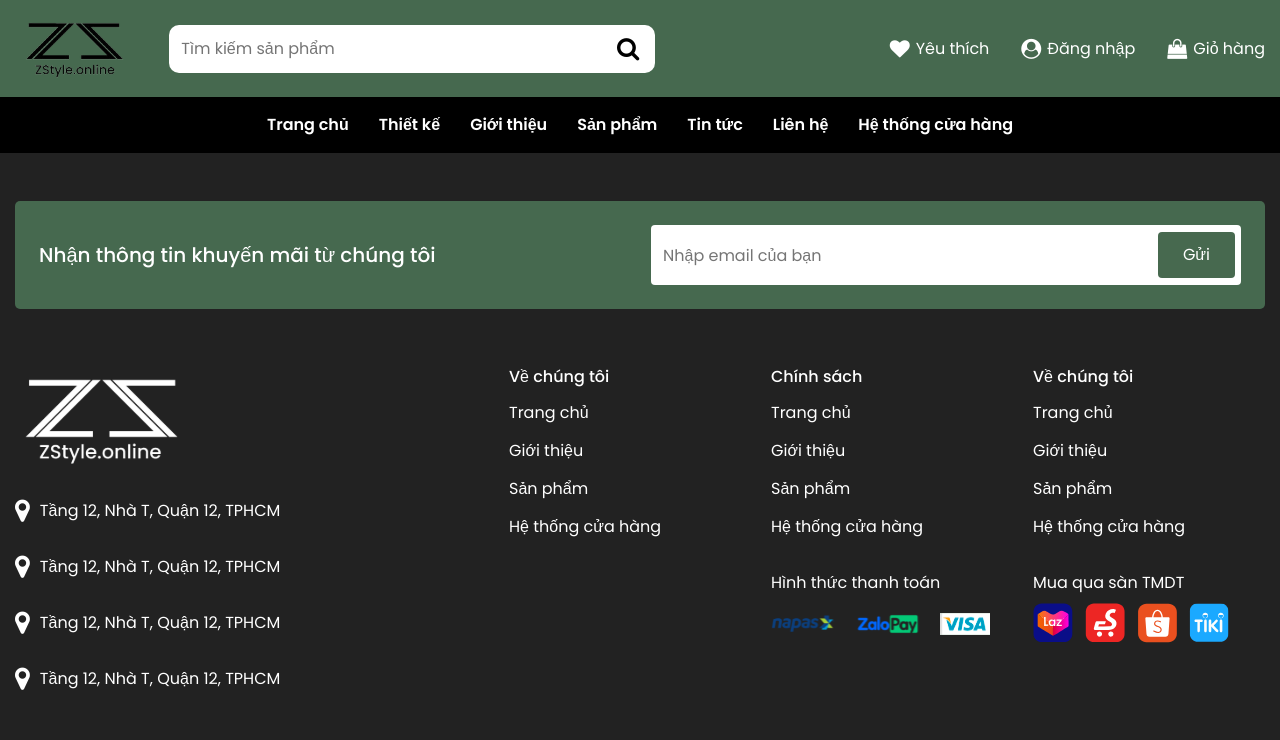
Repository: Toan3333/duanmau
Page: assets/pages/tintuc.html
An editor plug-in stored every save of this project. The page is shown before and after the next save, followed by the edit.
The browser window is 1280 px wide. The pictures show the whole page.
Some web libraries are served in a nearby version.

Above is the page before, as saved 2023-11-07 21:45:45.
Console error: TypeError: Cannot read properties of null (reading 'addEventListener')

After the next save:
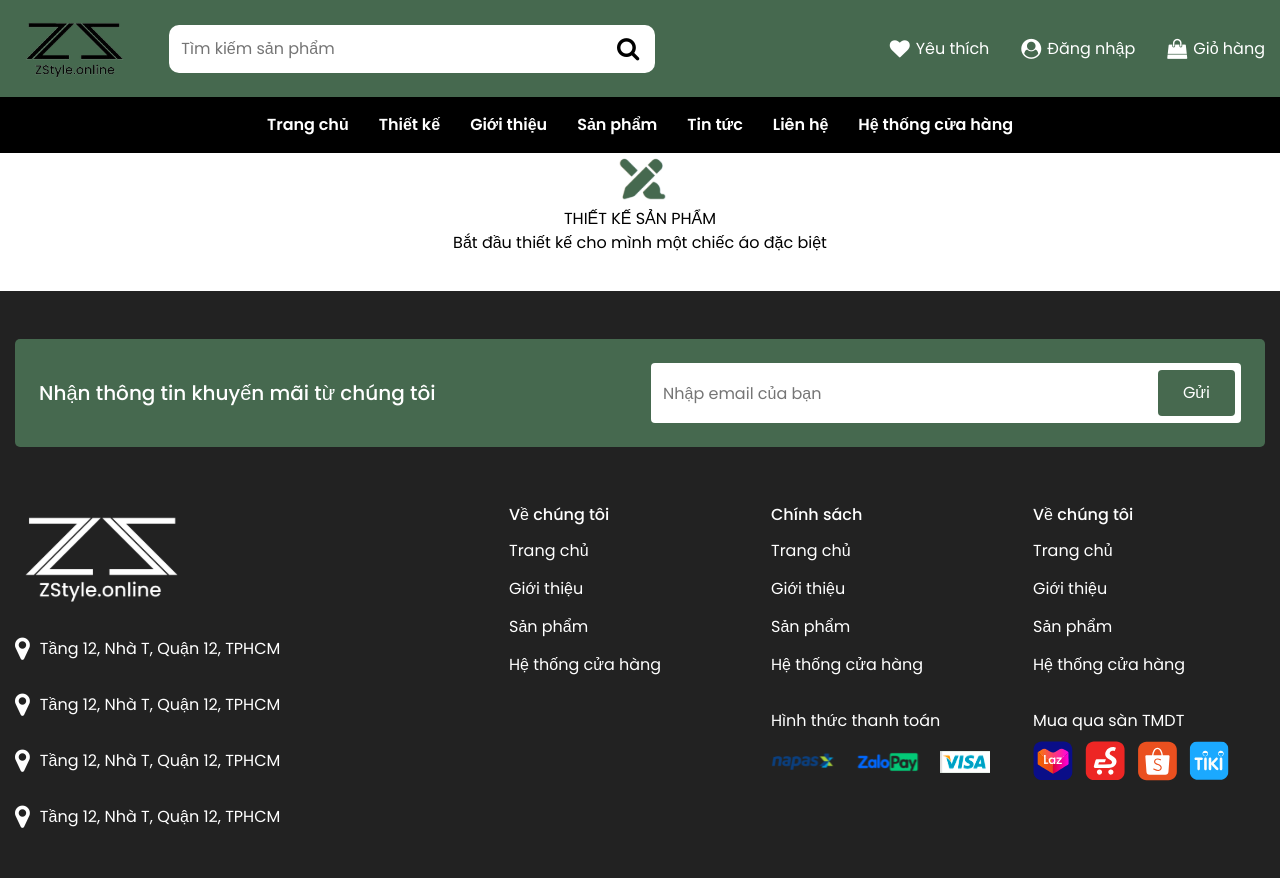
Saved 30 s later.
--- a/assets/pages/tintuc.html
+++ b/assets/pages/tintuc.html
@@ -91,7 +91,13 @@
         </div>
       </section>
       <section class="news">
-        <div class="container"></div>
+        <div class="container">
+          <div class="design-center">
+            <img src="../images/design-icon.svg" alt="" />
+            <h2>THIẾT KẾ SẢN PHẨM</h2>
+            <p>Bắt đầu thiết kế cho mình một chiếc áo đặc biệt</p>
+          </div>
+        </div>
       </section>
       <footer class="footer">
         <div class="container">
